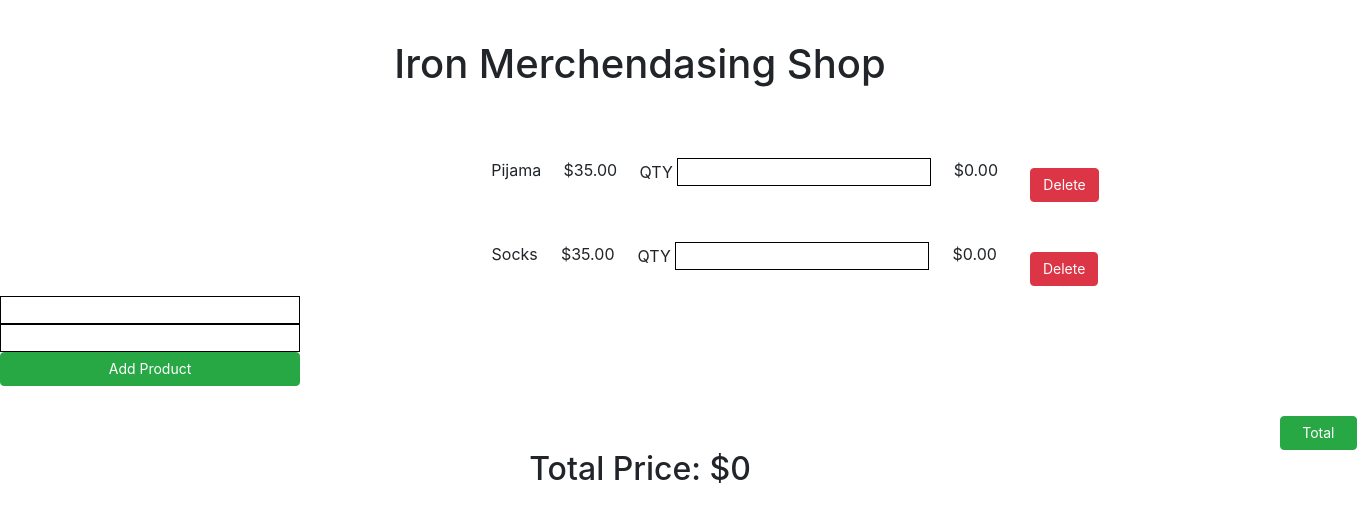
Repository: konstantin0s/lab-cart-DOM
Page: index.html
These files come from the project's save history. The page is drawn as it stood at one moment and after the next save; the edit follows.
The browser window is 1280 px wide. The page is 1357 px wide, so the pictures cover 1357 px, including what lies to the right of the window. The pictures show the whole page.
Some web libraries are served in a nearby version.

Above is the page before, as saved 2019-02-04 09:44:10.
Console error: TypeError: Cannot set properties of null (setting 'onclick')

After the next save:
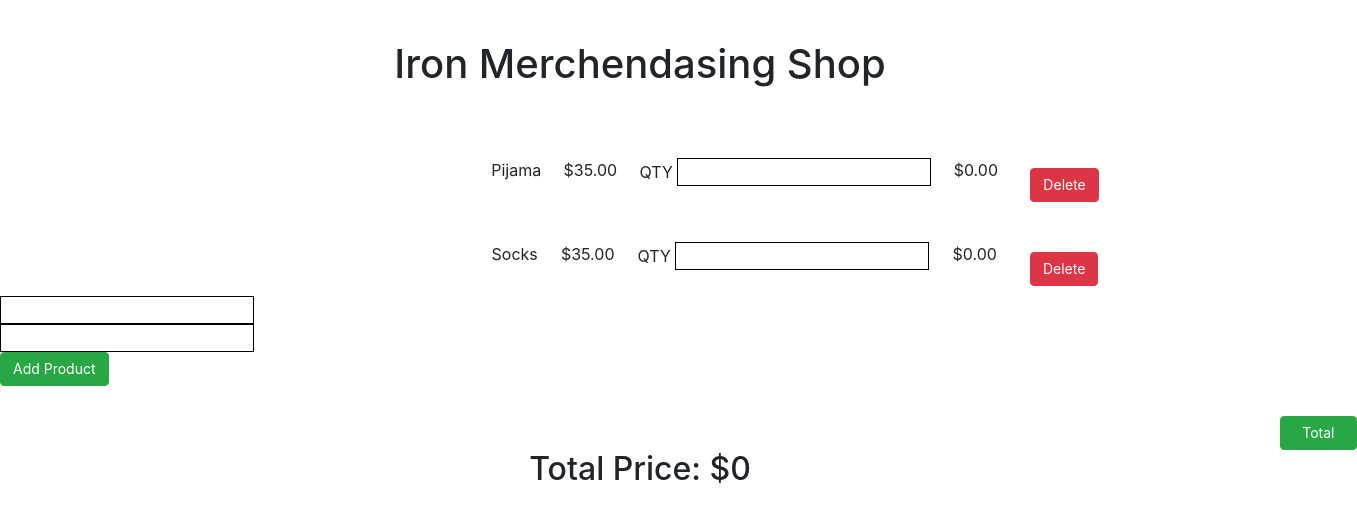
Saved 6 s later.
--- a/css/style.css
+++ b/css/style.css
@@ -125,9 +125,9 @@ input {
 } */
 
 #addNewProd {
-  display: flex;
+  /* display: flex;
   flex-direction: column;
-  justify-content: center;
+  justify-content: center; */
   left: 200px;
   /* top: 300px; */
   width: 300px;
